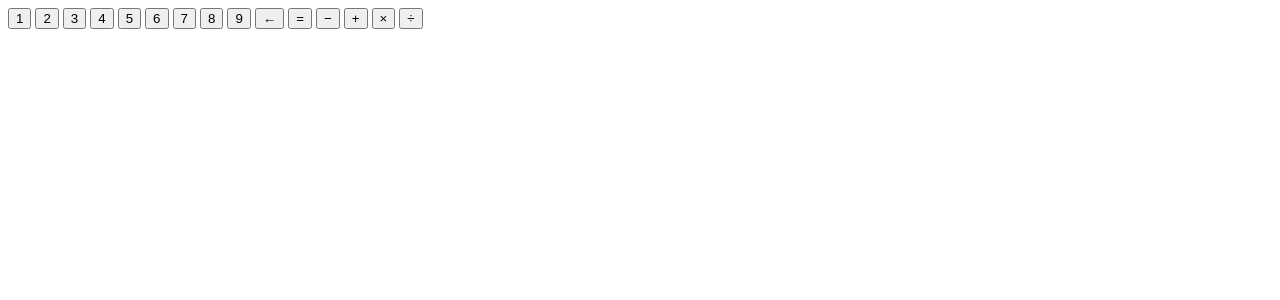
Repository: jontslater/LAB-calculator2
Page: index.html
An editor plug-in stored every save of this project. The page is shown before and after the next save, followed by the edit.
The browser window is 1280 px wide. The pictures show the whole page.

Above is the page before, as saved 2023-10-10 21:09:25.

### index.html
<!DOCTYPE html>
<html lang="en">
<head>
  <meta charset="UTF-8">
  <meta name="viewport" content="width=device-width, initial-scale=1.0">
  <title>calculator</title>
  <link rel="stylesheet" href="main.css">
  <script src="main.js"></script>
  <button>1</button>
  <button>2</button>
  <button>3</button>
  <button>4</button>
  <button>5</button>
  <button>6</button>
  <button>7</button>
  <button>8</button>
  <button>9</button>
  <button>&#8592;</button>
  <button>&#61;</button>
  <button>&#8722;</button>
  <button>&#43;</button>
  <button>&#215;</button>
  <button>&#247;</button>
</head>
<body>

</body>
</html>

### main.css
.max-width {
  max-width: 400px;
  margin-left: auto;
  margin-right: auto;

Loaded but not shown: main.js (no stored copy; drawn as an empty file)

After the next save:
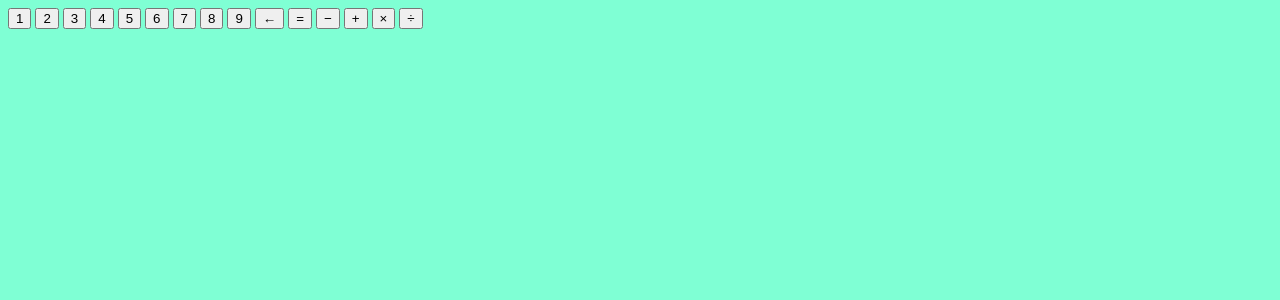
Saved 43 s later.
--- a/main.css
+++ b/main.css
@@ -1,3 +1,7 @@
+body{
+  background-color: aquamarine;
+}
+
 .max-width {
   max-width: 400px;
   margin-left: auto;
